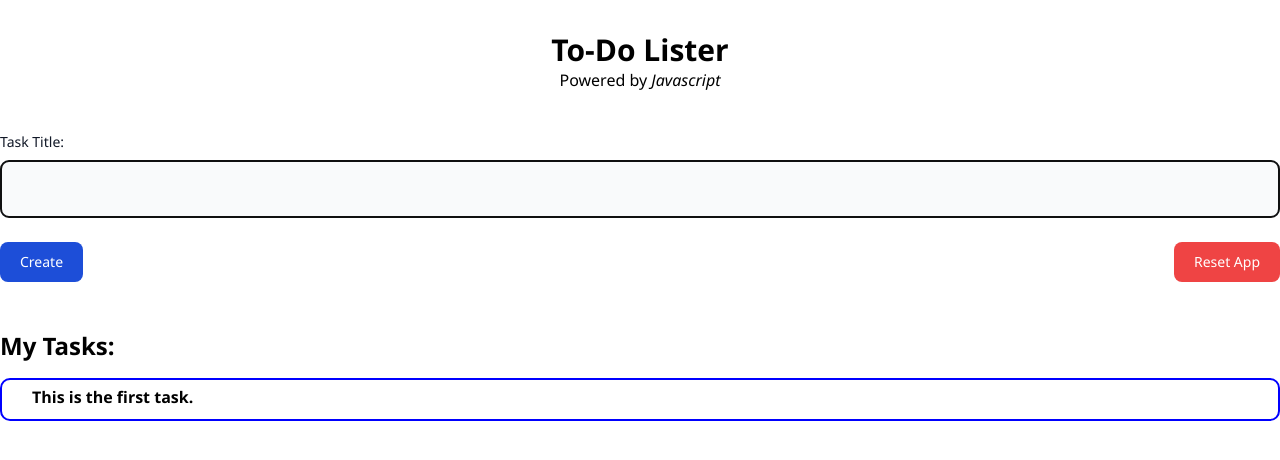
Repository: vxyux/to-do-lister
Page: index.html
These files come from the project's save history. The page is drawn as it stood at one moment and after the next save; the edit follows.
The browser window is 1280 px wide. The pictures show the whole page.
Some web libraries are served in a nearby version.

Above is the page before, as saved 2023-09-05 15:19:09.

After the next save:
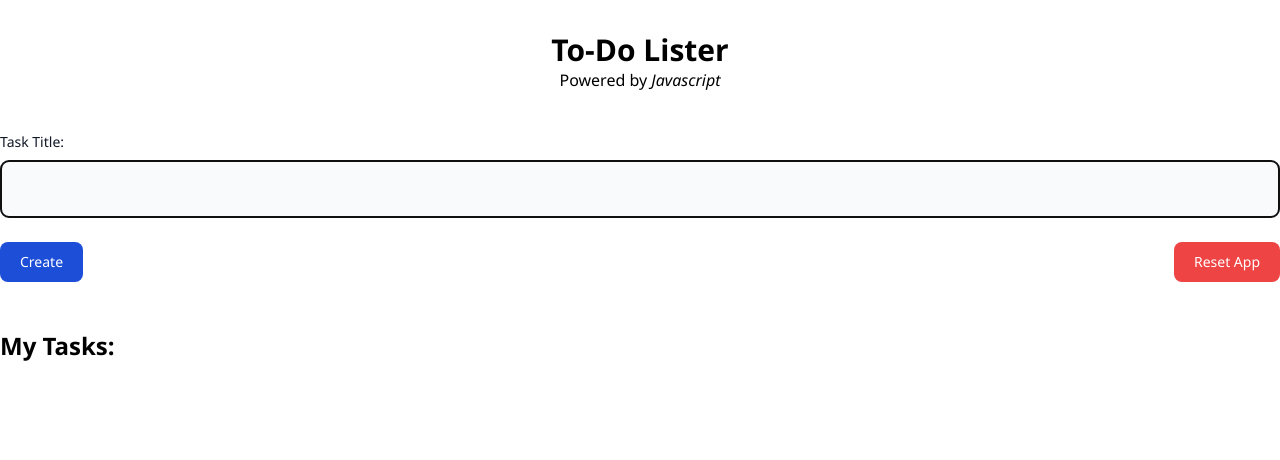
Saved 56 s later.
--- a/index.html
+++ b/index.html
@@ -46,9 +46,6 @@
     <div class="mt-10">
       <h3 class="text-2xl mb-4 font-bold">My Tasks:</h3>
       <ul id="to-dos">
-        <li class="task_item" id="1" onclick="completeTask(this.id)">
-          This is the first task.
-        </li>
       </ul>
     </div>
 
